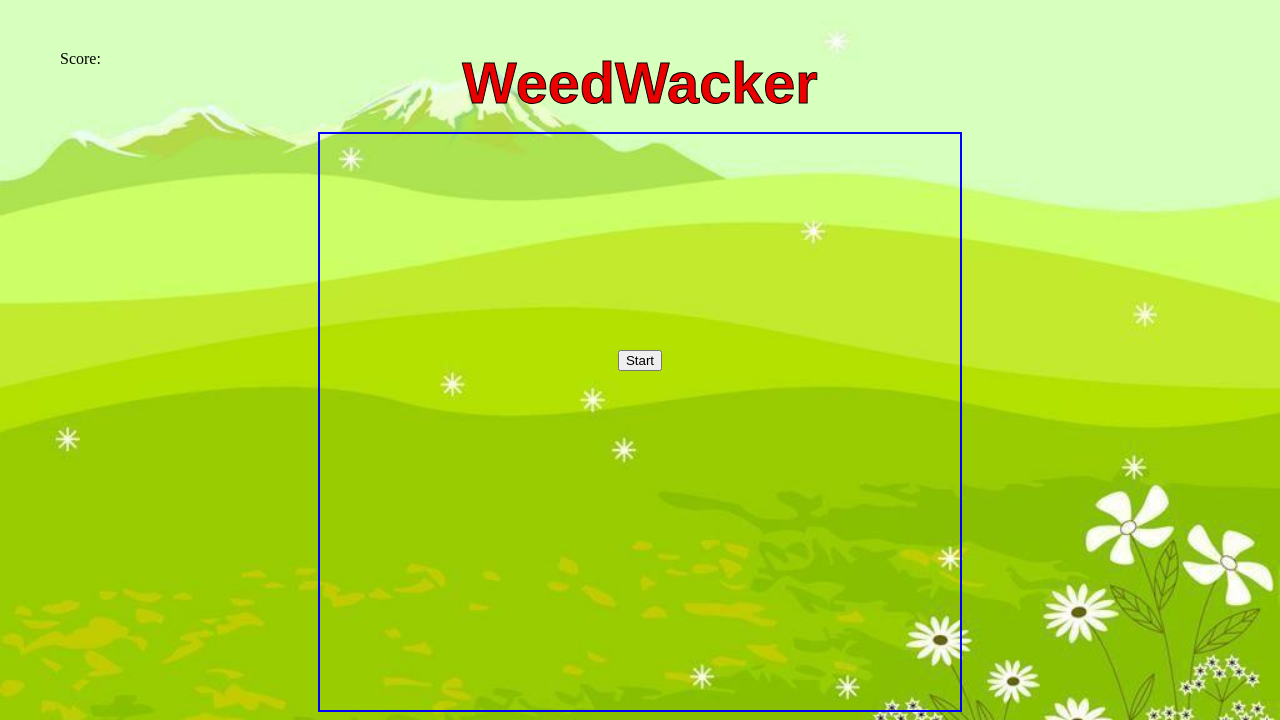
Repository: AustinW24/weedwacker
Page: index.html
These files come from the project's save history. The page is drawn as it stood at one moment and after the next save; the edit follows.
The browser window is 1280 px wide. The pictures show the whole page.
Some web fonts or font styles are not loaded; a fallback is used.

Above is the page before, as saved 2022-02-09 09:57:15.

### index.html
<!DOCTYPE html>
<html lang="en">

<head>
    <meta charset="UTF-8">
    <meta name="viewport" content="width=device-width, initial-scale=1.0">
    <meta http-equiv="X-UA-Compatible" content="ie=edge">
    <title>WeedWacker</title>
    <link href="http://fonts.cdnfonts.com/css/common-pixel" rel="stylesheet">
    <link rel="stylesheet" href="style.css">
</head>

<body>
    <div class="container">

        <div class="score">Score: </div>
        <div class="heading">
            <h1 class="title">WeedWacker</h1>
        </div>
        <div class="start">
            <button onClick="startGame()">Start</button>
        </div>
        <div class="grid"></div>

    </div>
    <script src="main.js"></script>
</body>

</html>

### style.css
* {
    box-sizing: border-box;
    margin: 0 auto;
}

.container {
    height: 100vh;
    width: 100vw;
    background: url("/assets/wwbackground.jpg") no-repeat center;
    background-size: 100%;
    display: flex;
    align-items: center;
    justify-content: center;
    position: relative;
}

.grid {
    display: grid;
    place-items: center;
    grid-template-columns: repeat(3, 1fr);
    grid-template-rows: repeat(3, 1fr);
    column-gap: 10px;
    row-gap: 15px;
    width: 50%;
    height: 80%;
    position: absolute;
    bottom: 0;
    margin-bottom: 10px;
    margin-top: 20%;
    outline: 2px solid blue;
    justify-content: center;
}

.heading {
    display: flex;
    position: absolute;
    top: 0;
    margin-top: 50px;
    font-family: 'Common Pixel', sans-serif;
    color: rgb(235, 0, 0);
    font-size: 2vw;
    font-size: 4vh;
    -webkit-text-stroke-width: 1px;
    -webkit-text-stroke-color: black;
}

.score {
    left: 0;
    position: absolute;
    top: 0;
    margin-top: 50px;
    margin-left: 60px;
}

### main.js
let score = 0;

After the next save:
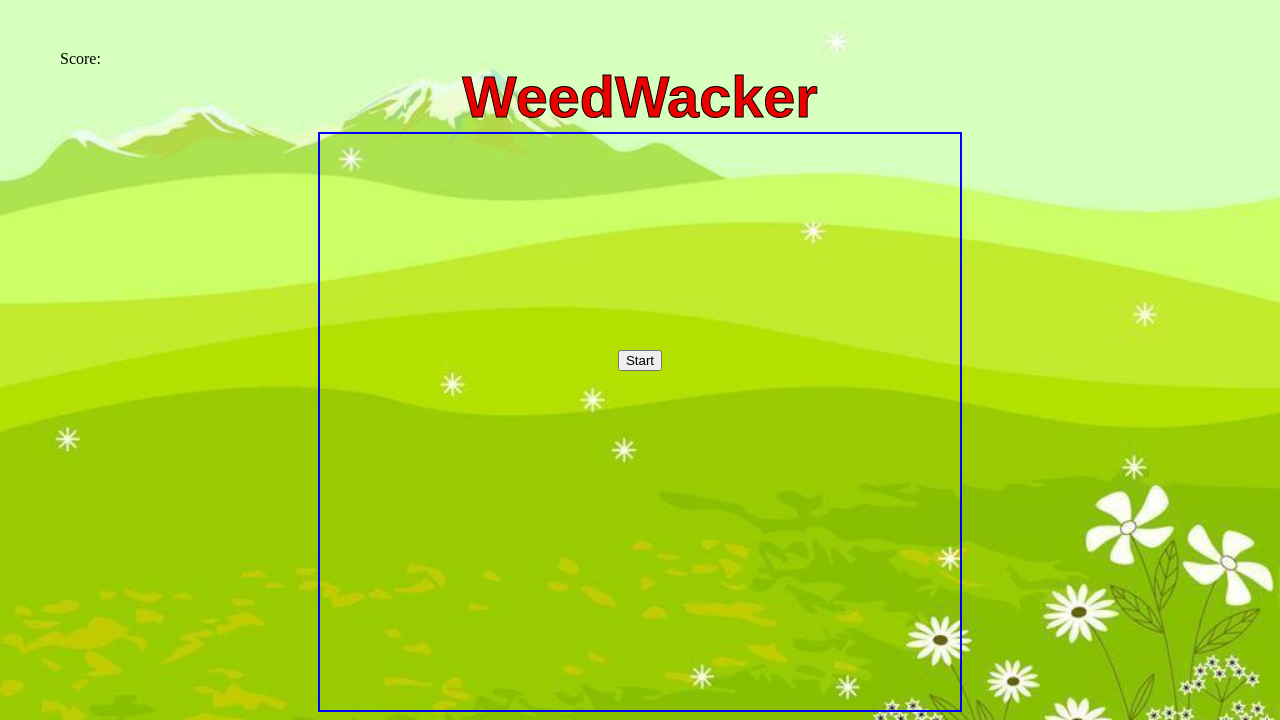
Saved 59 s later.
--- a/style.css
+++ b/style.css
@@ -35,7 +35,7 @@
     display: flex;
     position: absolute;
     top: 0;
-    margin-top: 50px;
+    margin-top: 5%;
     font-family: 'Common Pixel', sans-serif;
     color: rgb(235, 0, 0);
     font-size: 2vw;
